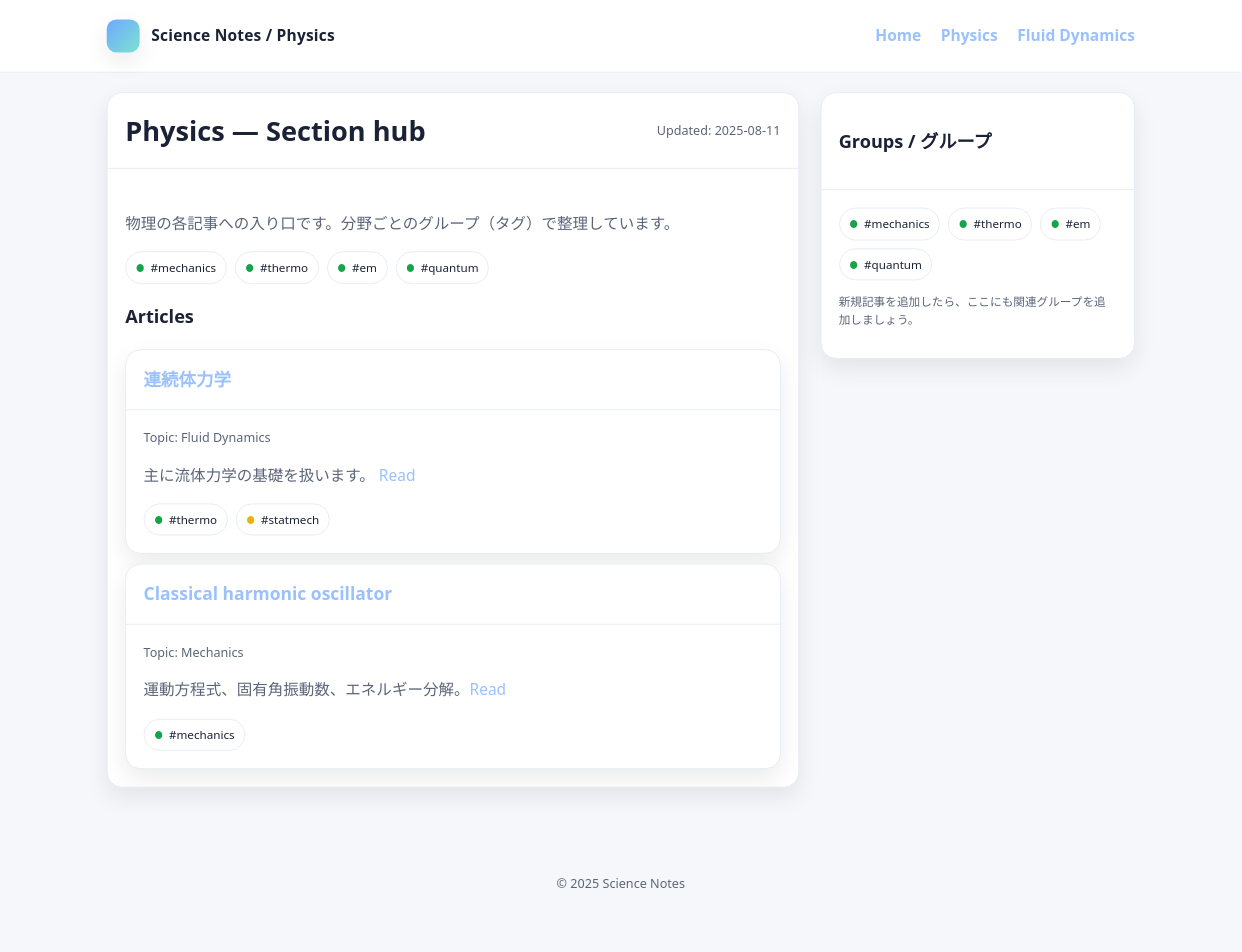
Repository: Riki-Mochimaru/tureduretunedune
Page: physics/index.html
These files come from the project's save history. The page is drawn as it stood at one moment and after the next save; the edit follows.
The browser window is 1280 px wide. The pictures show the whole page, at 97% of full size.

Above is the page before, as saved 2025-08-11 20:19:50.

After the next save:
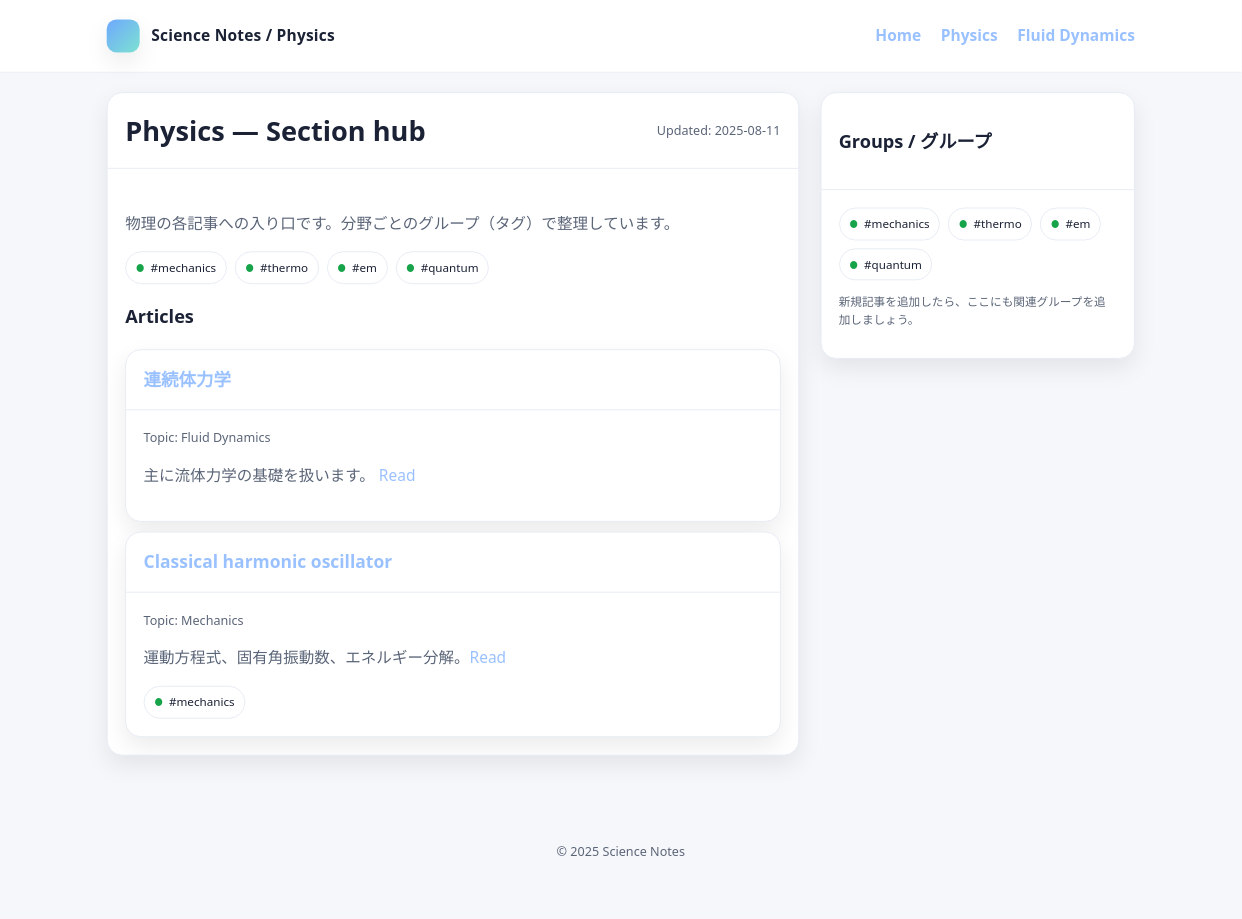
Saved 10 s later.
--- a/physics/index.html
+++ b/physics/index.html
@@ -51,7 +51,7 @@
                   <div class="meta"><span>Topic: Fluid Dynamics</span></div>
                   <p class="lead">主に流体力学の基礎を扱います。
                     <a href="FluidDynamics/">Read</a></p>
-                  <div class="tags"><span class="tag" data-g="phys">#thermo</span><span class="tag" data-g="stats">#statmech</span></div>
+                  <!-- <div class="tags"><span class="tag" data-g="phys">#thermo</span><span class="tag" data-g="stats">#statmech</span></div> -->
                 </div>
               </article>
 
